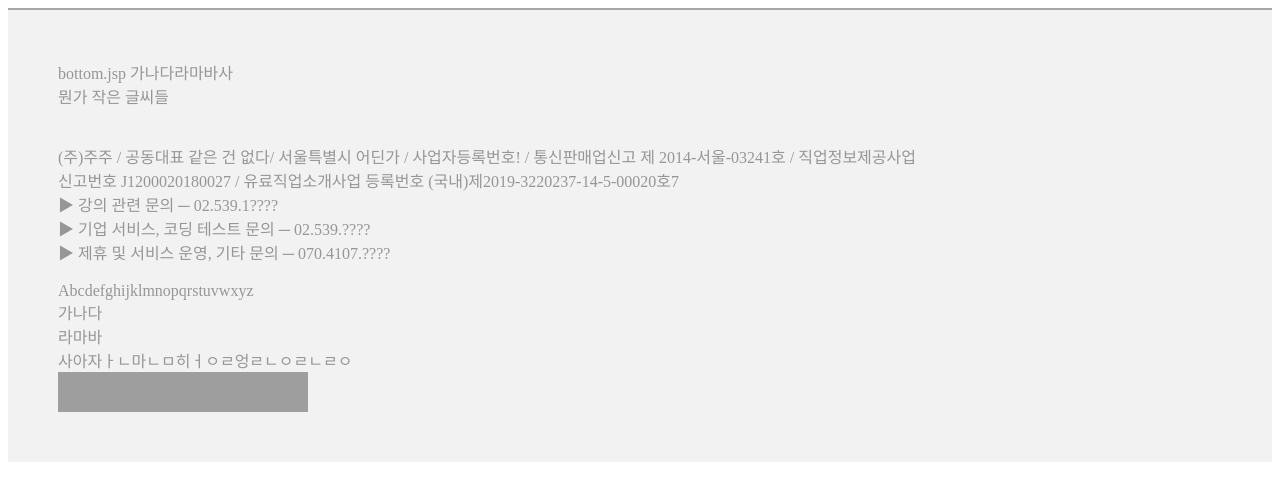
Repository: seo0tak/UBI-Study
Page: http://localhost/UBIstudy/WEB-INF/ubi/bottom.jsp
The author's editor kept a copy of each file at every save. The page is drawn from the files as they stood at one save, then again after the next save.
The browser window is 1280 px wide. The pictures show the whole page.
Pictures or frames that could not be fetched are drawn as grey boxes. The page is served by Tomcat 9. Nobody is signed in. The template is opened directly, without the code that normally fills it, so the values that code supplies are empty.

Above is the page before, as saved 2019-09-07 05:33:42.

After the next save:
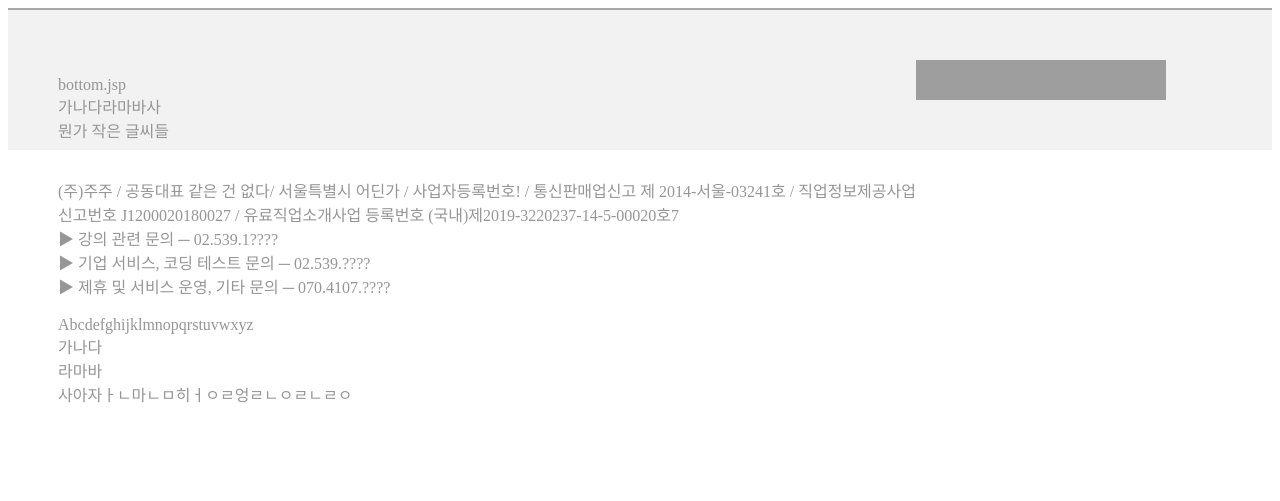
Saved 43 s later.
--- a/UBIstudy/src/main/webapp/WEB-INF/ubi/bottom.jsp
+++ b/UBIstudy/src/main/webapp/WEB-INF/ubi/bottom.jsp
@@ -8,7 +8,8 @@
 </head>
 <body>
 <div id="bottom" style="background-color: rgb(242,242,242);padding: 50px;border-top:2px solid rgb(166,166,166);color: rgb(150,150,150);">
-bottom.jsp
+<p style="float: left;">
+bottom.jsp<br>
 가나다라마바사<br>
 뭔가 작은 글씨들<br>
 <br>
@@ -23,6 +24,7 @@
 가나다<br>
 라마바<br>
 사아자ㅏㄴ마ㄴㅁ히ㅓㅇㄹ엉ㄹㄴㅇㄹㄴㄹㅇ<br>
+</p>
 <img src="<%=request.getContextPath()%>/resources/images/logo3.png" width="250px" height="40px">
 </div>
 </body>
